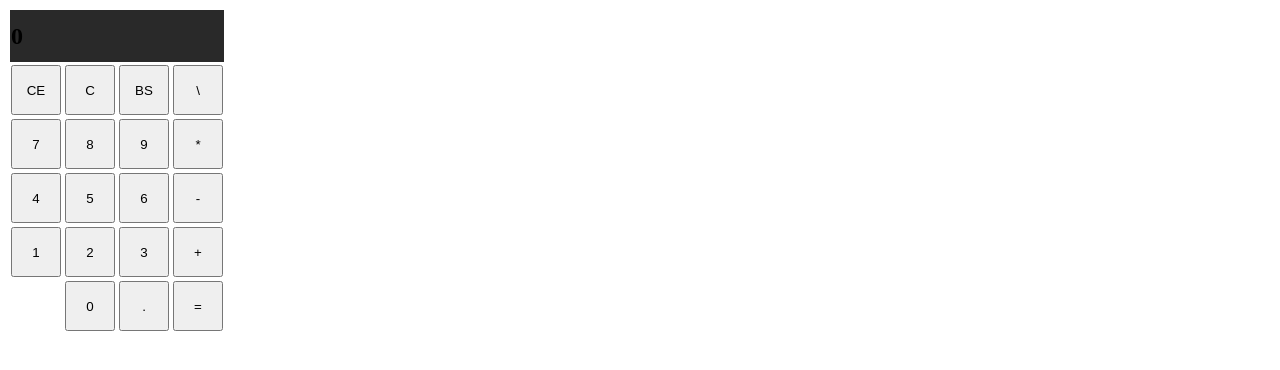
Repository: Doyoung-Park/JSP_Servlet
Page: workspace/JSPPrj/src/main/webapp/calc3.html
An editor plug-in stored every save of this project. The page is shown before and after the next save, followed by the edit.
The browser window is 1280 px wide. The pictures show the whole page.

Above is the page before, as saved 2022-01-18 14:42:45.

### workspace/JSPPrj/src/main/webapp/calc3.html
<!DOCTYPE html>
<html>
<head>
<meta charset="UTF-8">
<title>Insert title here</title>
<style>
input{
	width:50px;
	height:50px;
}
.output{
	height:50px;
	background:#292929;
	font-size:24px;
	font-weight:bold;
}
</style>
</head>
<body>
	<div>
		<form action="calc3" method="post">

		 	<table>
		 		<tr>
		 			<td class="output" colspan="4">0</td>
		 		</tr>
		 		<tr>
		 			<td><input type="submit" name="operator" value="CE"/></td>
		 			<td><input type="submit" name="operator" value="C"/></td>
		 			<td><input type="submit" name="operator" value="BS"/></td>
		 			<td><input type="submit" name="operator" value="\"/></td>
		 		</tr>
		 		<tr>
		 			<td><input type="submit" name="operator" value="7"/></td>
		 			<td><input type="submit" name="operator" value="8"/></td>
		 			<td><input type="submit" name="operator" value="9"/></td>
		 			<td><input type="submit" name="operator" value="*"/></td>
		 		</tr>
		 		<tr>
		 			<td><input type="submit" name="operator" value="4"/></td>
		 			<td><input type="submit" name="operator" value="5"/></td>
		 			<td><input type="submit" name="operator" value="6"/></td>
		 			<td><input type="submit" name="operator" value="-"/></td>
		 		</tr>
		 		<tr>
		 			<td><input type="submit" name="operator" value="1"/></td>
		 			<td><input type="submit" name="operator" value="2"/></td>
		 			<td><input type="submit" name="operator" value="3"/></td>
		 			<td><input type="submit" name="operator" value="+"/></td>
		 		</tr>
		 		<tr>
		 			<td></td>
		 			<td><input type="submit" name="operator" value="0"/></td>
		 			<td><input type="submit" name="operator" value="."/></td>
		 			<td><input type="submit" name="operator" value="="/></td>

		 		</tr>
		 	</table>

		 </form>
	</div>

</body>
</html>

After the next save:
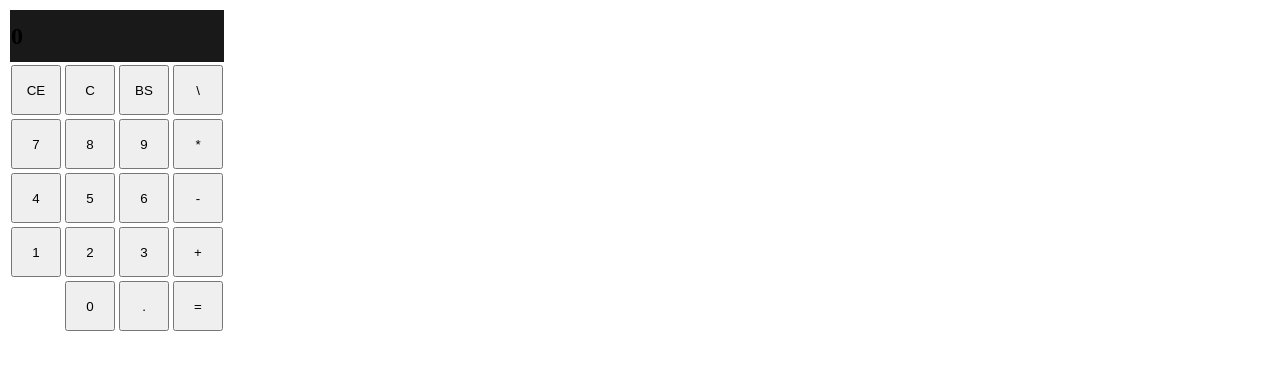
Saved 22 s later.
--- a/workspace/JSPPrj/src/main/webapp/calc3.html
+++ b/workspace/JSPPrj/src/main/webapp/calc3.html
@@ -10,7 +10,7 @@ input{
 }
 .output{
 	height:50px;
-	background:#292929;
+	background:#191919;
 	font-size:24px;
 	font-weight:bold;
 }
